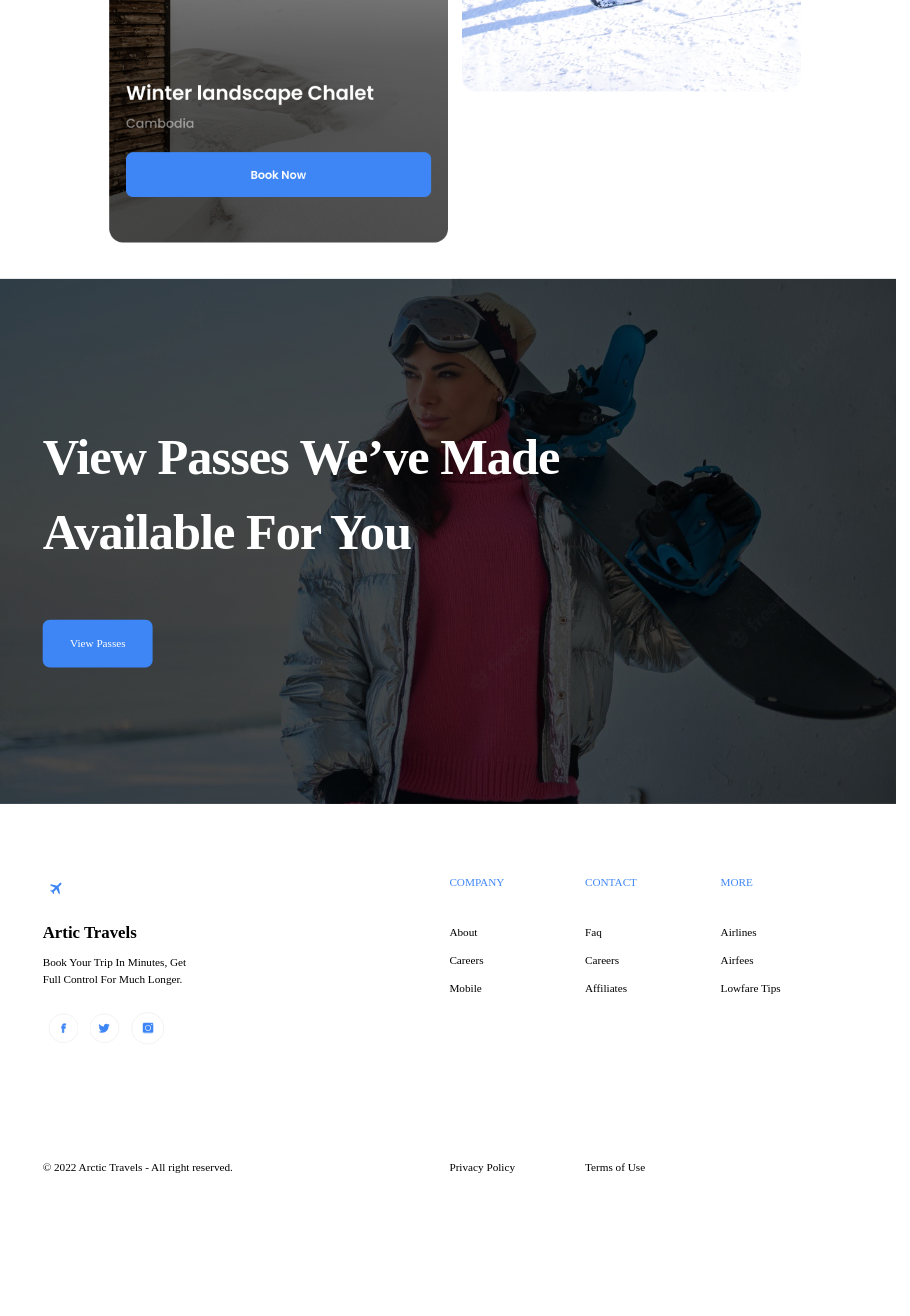
Repository: swissjake/arctic-travel-agency
Page: /
These files come from the project's save history. The page is drawn as it stood at one moment and after the next save; the edit follows.
The browser window is 1280 px wide. The page is 1300 px wide, so the pictures cover 1300 px, including what lies to the right of the window. The pictures show the part of the page from y = 4129 to 6009 px (the page is 6009 px tall), at 70% of full size.
The project was rebuilt for these pictures with package versions that can differ from the ones it lists, and the page was loaded fresh each time. Also part of the build but not shown: src/App.css.

Above is the page before, as saved 2022-05-04 17:42:38.

After the next save:
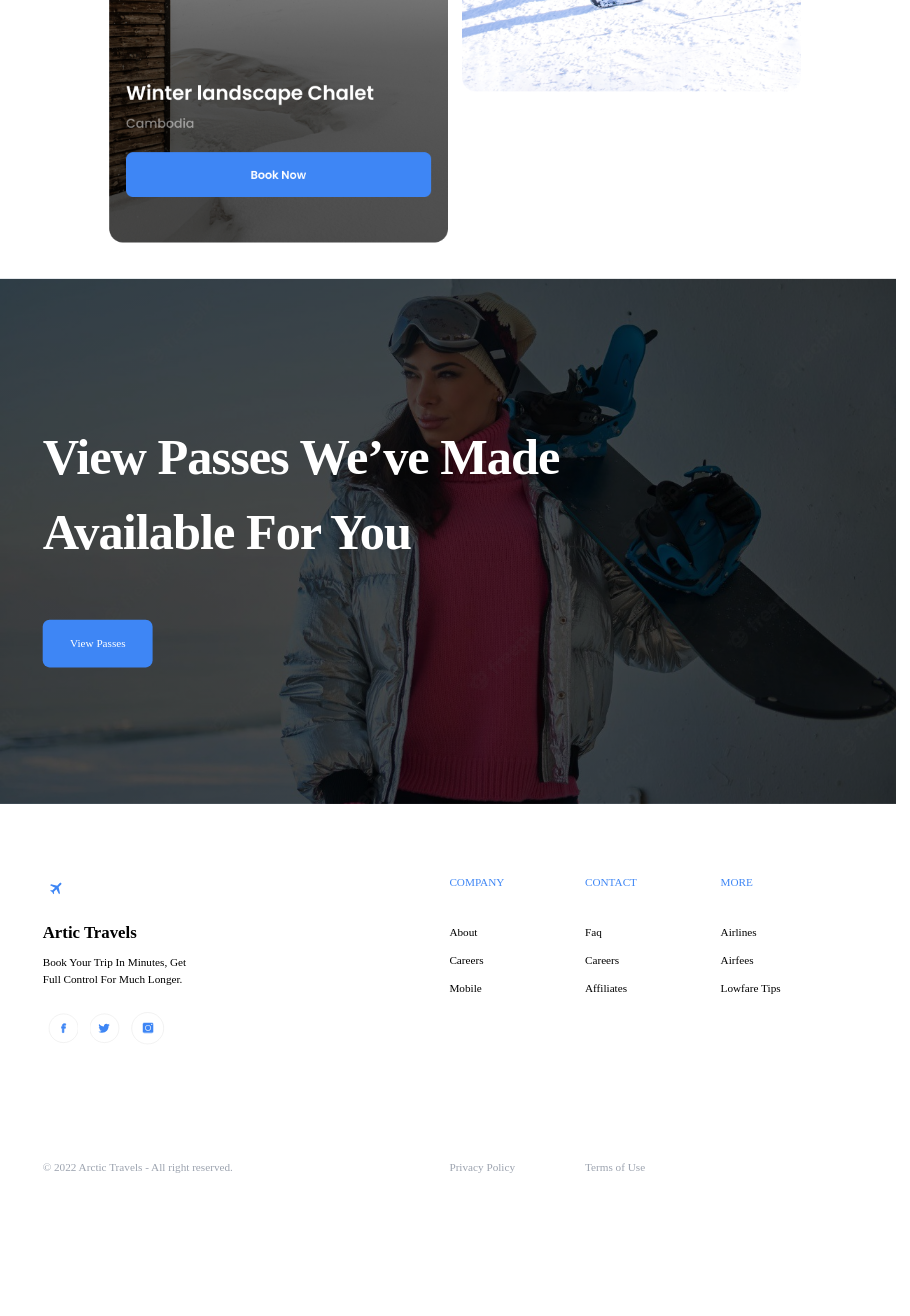
Saved 5 s later.
--- a/src/components/Footer/Footer.tsx
+++ b/src/components/Footer/Footer.tsx
@@ -61,7 +61,7 @@ control for much longer.</p>
 
               </div>
 
-              <div className="mt-[7.25rem] sm:flex justify-between text-">
+              <div className="mt-[7.25rem] sm:flex justify-between text-gray-400">
 
 <div className="mb-[3rem] w-[50%]">
 © 2022 Arctic Travels - All right reserved.
